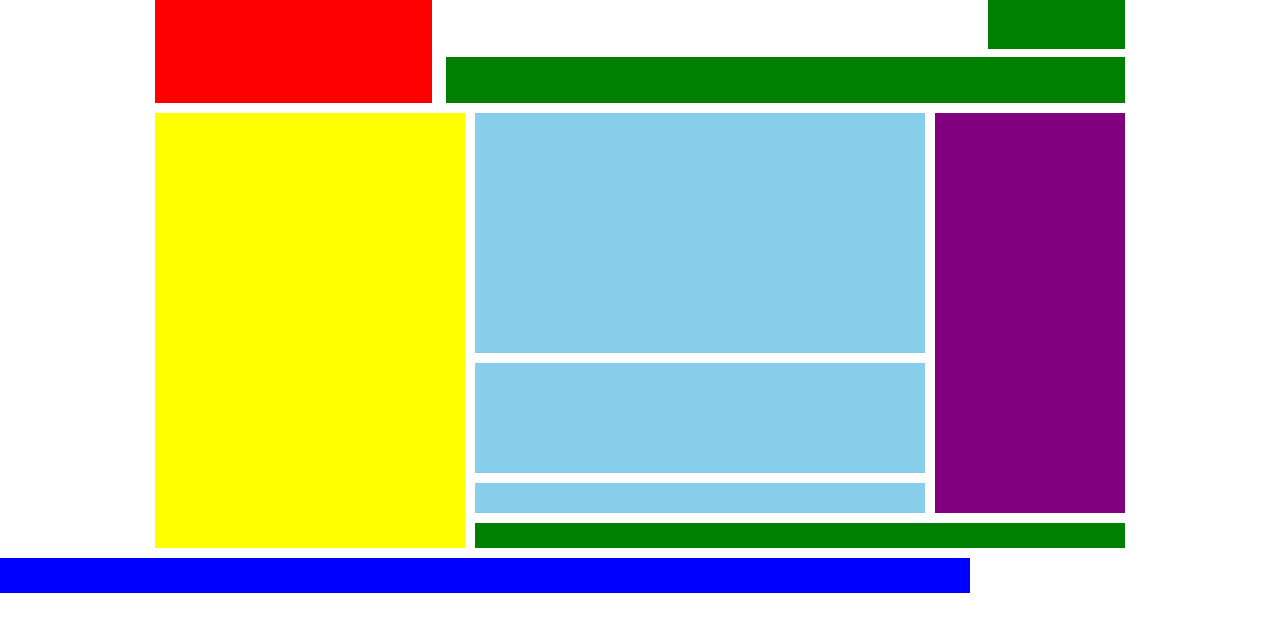
Repository: KaibutsuSama/CodePracticeExample
Page: Html5+Css3/Css3/04.浮动/03.homework.html
These files come from the project's save history. The page is drawn as it stood at one moment and after a run of saves; the edit follows.
The browser window is 1280 px wide. The pictures show the whole page.

Above is the page before, as saved 2023-01-29 23:48:14.

### Html5+Css3/Css3/04.浮动/03.homework.html
<!DOCTYPE html>
<html lang="en">
<head>
    <meta charset="UTF-8">
    <meta http-equiv="X-UA-Compatible" content="IE=edge">
    <meta name="viewport" content="width=device-width, initial-scale=1.0">
    <title>Document</title>
    <style type="text/css">
        *{
            padding: 0;
            margin: 0;
        }

        .header{
            width: 970px;
            margin: 0 auto;
        }

        .header .logo{
            float: left;
            width: 277px;
            height: 103px;
            background-color: red;
        }

        .header .tag{
            float: right;
            width: 137px;
            height: 49px;
            margin-bottom: 8px;
            background-color: green;
        }

        .header .navbar{
            float: right;
            width: 679px;
            height: 46px;
            background-color: green;
        }

        .content{
            width: 970px;
            margin: 0 auto;
        }

        .content .leftbanner{
            float: left;
            margin: 10px 0;
            background-color: yellow;
            width: 310px;
            height: 435px;
        }

        .content .mainbanner{
            float: left;
            margin: 10px 10px 10px 10px;
            width: 405px;
            height: 405px;
        }

        .content .mainbanner .bannerheader{
            float: left;
            width: 450px;
            height: 240px;
            background-color: skyblue;
            margin-bottom: 10px;
        }

        .content .mainbanner .bannerbody{
            float: left;
            width: 450px;
            height: 110px;
            background-color: skyblue;
            margin-bottom: 10px;
        }

        .content .mainbanner .bannerfooter{
            float: left;
            width: 450px;
            height: 30px;
            background-color: skyblue;
            margin-bottom: 10px;
        }

        .content .mainbanner .outsidebanner{
            float: left;
            width: 650px;
            height: 25px;
            background-color: green;
        }

        .content .news{
            float: right;
            width: 190px;
            height: 400px;
            background-color: purple;
            margin-top: 10px;
        }

        footer{

            float: left;
            background-color: blue;
            width: 970px;
            height: 35px;
        }
    </style>
</head>
<body>
    <div class="header">
        <div class="logo"></div>
        <div class="tag"></div>
        <div class="navbar"></div>
    </div>

    <div class="content">
        <div class="leftbanner"></div>
        <div class="mainbanner">
            <div class="bannerheader"></div>
            <div class="bannerbody"></div>
            <div class="bannerfooter"></div>
            <div class="outsidebanner"></div>
        </div>
        <div class="news">

        </div>
    </div>

    <footer></footer>
</body>
</html>

After the next 2 saves:
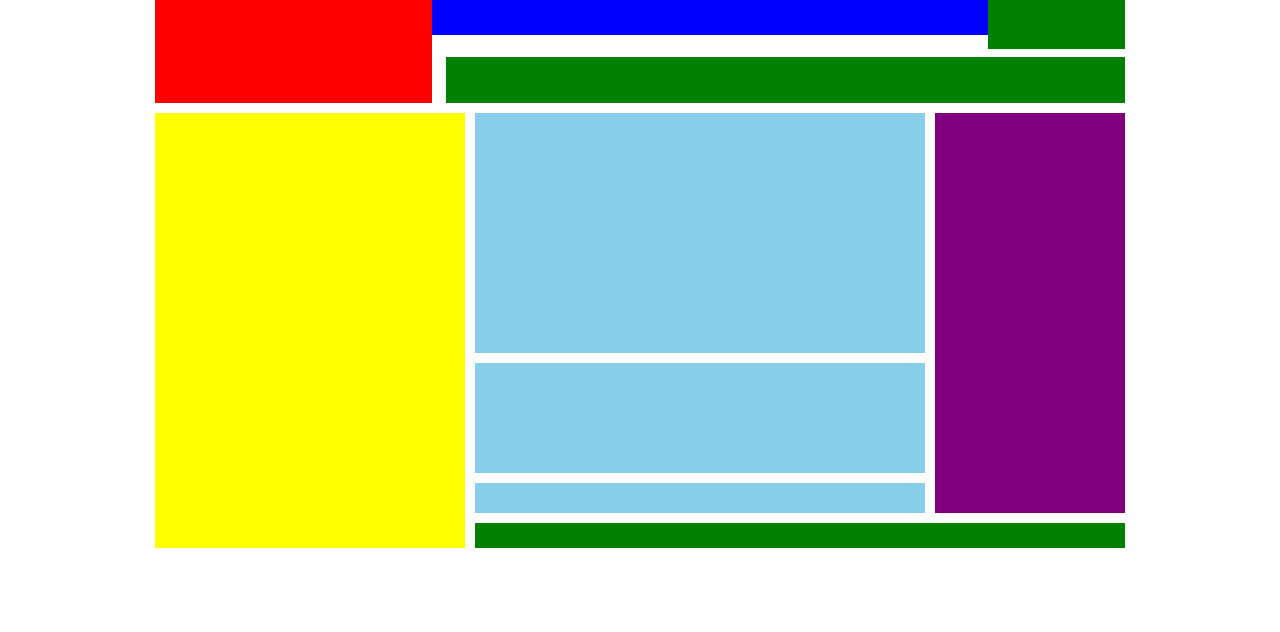
The 2 saves are shown as one change because they came seconds apart.
The last was saved 20 s later.
--- a/Html5+Css3/Css3/04.浮动/03.homework.html
+++ b/Html5+Css3/Css3/04.浮动/03.homework.html
@@ -98,8 +98,7 @@
         }
 
         footer{
-
-            float: left;
+            margin: 0 auto;
             background-color: blue;
             width: 970px;
             height: 35px;

After the save that followed:
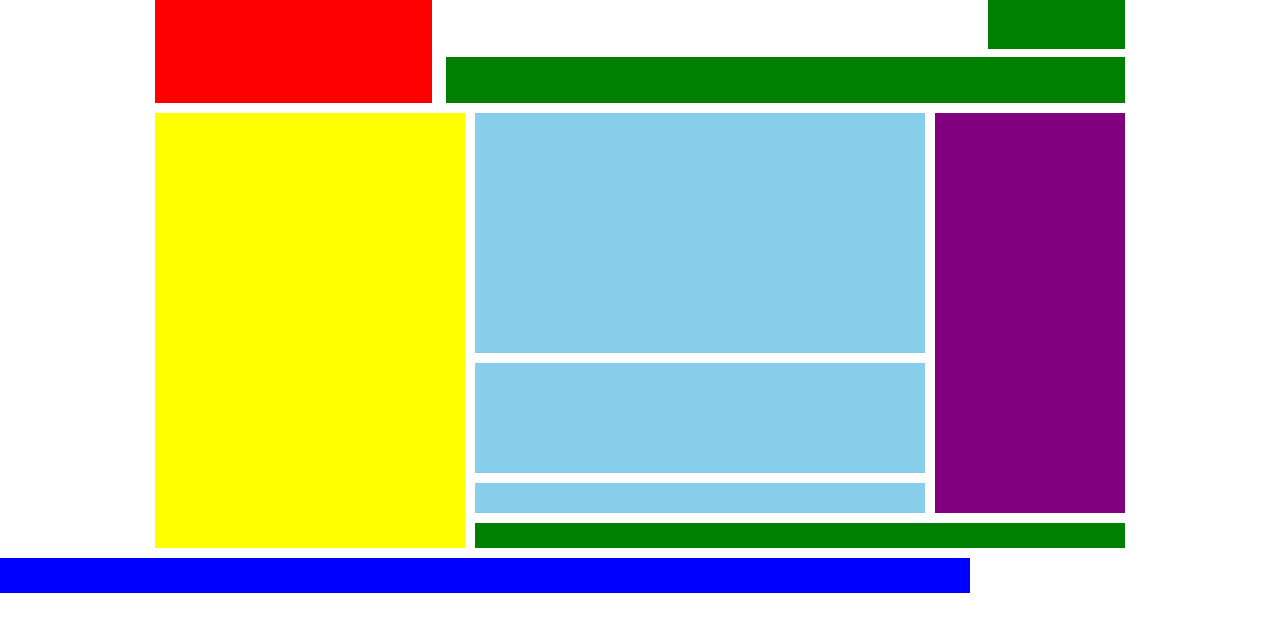
Saved 52 s later.
--- a/Html5+Css3/Css3/04.浮动/03.homework.html
+++ b/Html5+Css3/Css3/04.浮动/03.homework.html
@@ -98,7 +98,7 @@
         }
 
         footer{
-            margin: 0 auto;
+            float: left;
             background-color: blue;
             width: 970px;
             height: 35px;
